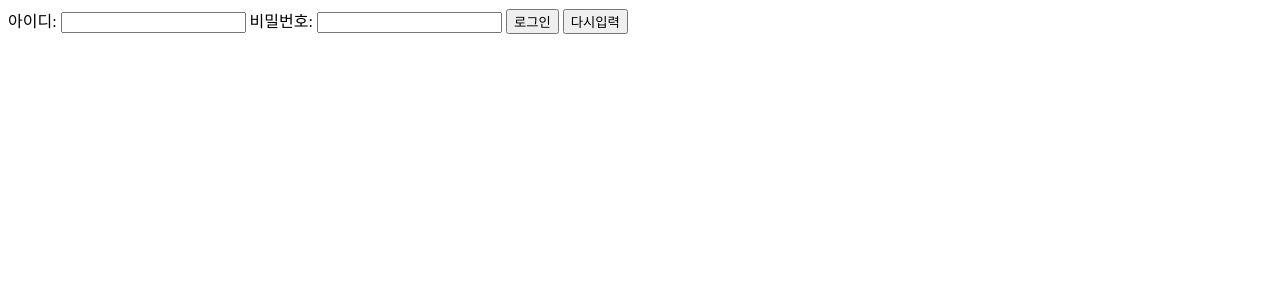
Repository: JaeHyun-Ban/Book_JavaWeb
Page: pro06/WebContent/test01/login.html
The author's editor kept a copy of each file at every save. The page is drawn from the files as they stood at one save, then again after the next save.
The browser window is 1280 px wide. The pictures show the whole page.

Above is the page before, as saved 2020-08-14 06:24:25.

After the next save:
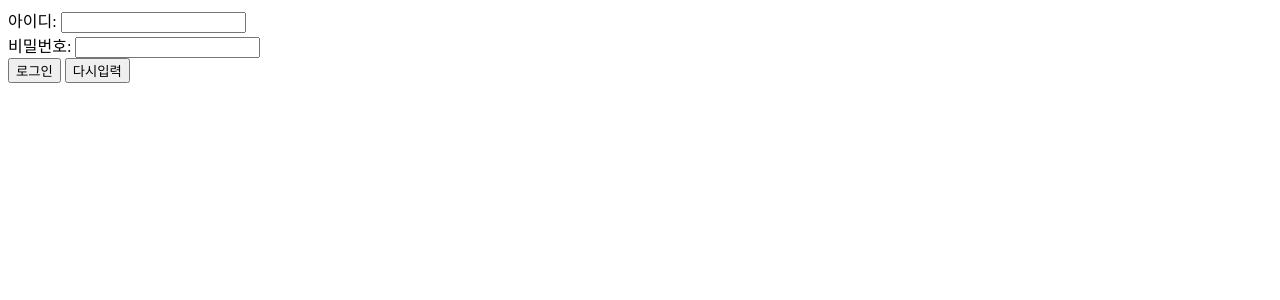
Saved 42 s later.
--- a/pro06/WebContent/test01/login.html
+++ b/pro06/WebContent/test01/login.html
@@ -6,8 +6,8 @@
 </head>
 <body>
 	<form name="frmLogin" method="post" action="/pro06/loginTest" enctype="utf-8">
-		아이디: <input type="text" name="user_id" />
-		비밀번호: <input type="password" name="user_pw" />
+		아이디: <input type="text" name="user_id" /><br>
+		비밀번호: <input type="password" name="user_pw" /><br>
 		<input type="submit" value="로그인" />
 		<input type="reset" value="다시입력" />
 
